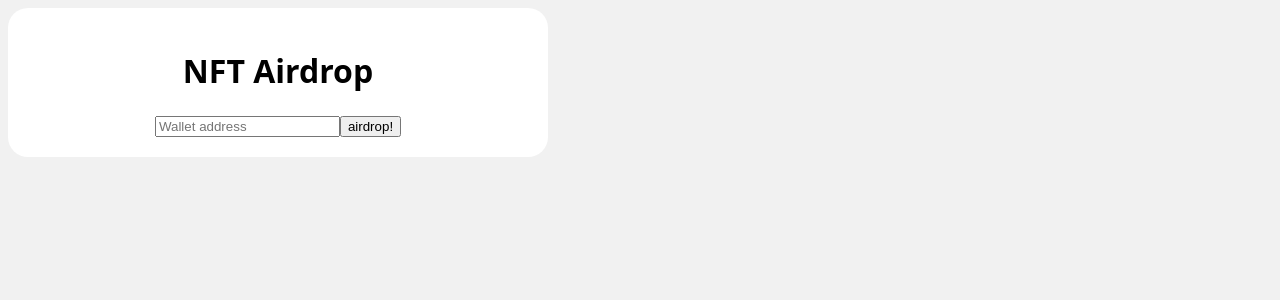
Repository: langf00rd/nft-airdropper
Page: /
These files come from the project's save history. The page is drawn as it stood at one moment and after a run of saves; the edit follows.
The browser window is 1280 px wide. The pictures show the whole page.
The project was rebuilt for these pictures with package versions that can differ from the ones it lists, and the page was loaded fresh each time.

Above is the page before, as saved 2022-07-15 17:15:40.

### src/index.css
body {
  font-family: system-ui, -apple-system, BlinkMacSystemFont, 'Segoe UI', Roboto, Oxygen, Ubuntu, Cantarell, 'Open Sans', 'Helvetica Neue', sans-serif;
  background: #f1f1f1;
}

main {
  background: #fff;
  max-width: 500px;
  padding: 20px;
  border-radius: 20px;
}

### src/App.js
import './App.css';

function App() {
  return (
    <div className="App">
      <main>
        <h1>NFT Airdrop</h1>
        <div className='content'>
          <div>
            <input placeholder='Wallet address' />
            <button>airdrop!</button>
          </div>
        </div>
      </main>
    </div >
  );
}

export default App;

Loaded but not shown: public/index.html (common file); src/index.js (common file); src/reportWebVitals.js (common file); src/App.css (common file)

After the next 2 saves:
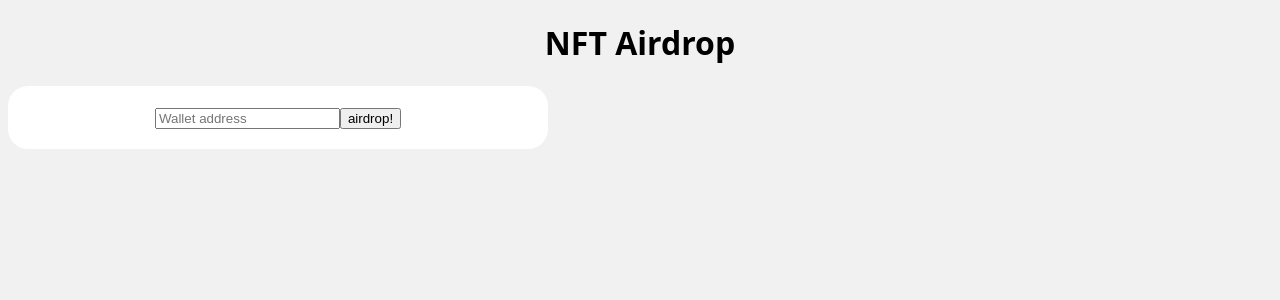
The 2 saves are shown as one change because they came seconds apart.
The last was saved 5 s later.
--- a/src/index.css
+++ b/src/index.css
@@ -3,7 +3,7 @@ body {
   background: #f1f1f1;
 }
 
-main {
+.content {
   background: #fff;
   max-width: 500px;
   padding: 20px;
